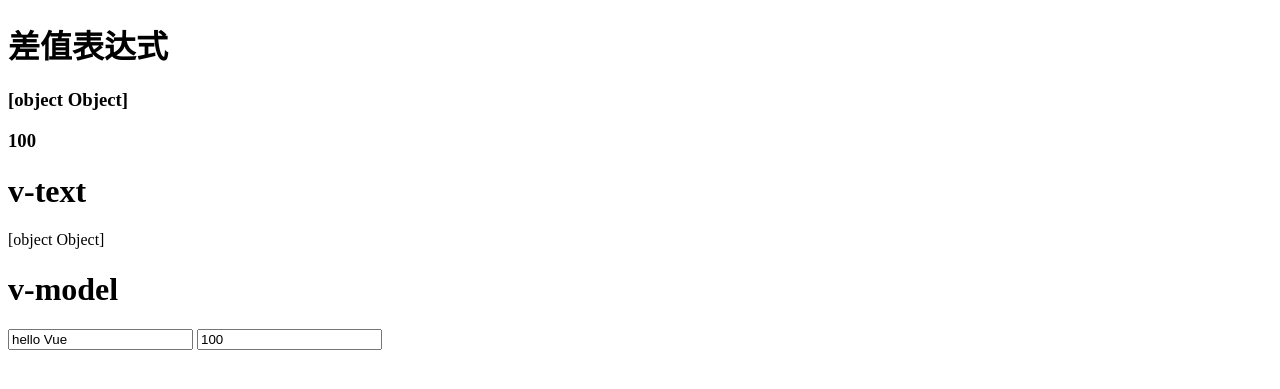
Repository: minfat/vue-reactive
Page: vue/index.html
These files come from the project's save history. The page is drawn as it stood at one moment and after the next save; the edit follows.
The browser window is 1280 px wide. The pictures show the whole page.

Above is the page before, as saved 2020-12-07 23:25:04.

### vue/index.html
<!DOCTYPE html>
<html lang="en">
<head>
    <meta charset="UTF-8">
    <meta name="viewport" content="width=device-width, initial-scale=1.0">
    <title>Document</title>
</head>
<body>
    <div id="app">
        <h1>差值表达式</h1>
        <h3>{{msg}}</h3>
        <h3>{{count}}</h3>
        <h1>v-text</h1>
        <div v-text="msg"></div>
        <h1>v-model</h1>
        <input type="text" v-model="msg">
        <input type="text" v-model="count">
    </div>
</body>
</html>
<script src="./js/dep.js"></script>
<script src="./js/watcher.js"></script>
<script src="./js/compiler.js"></script>
<script src="./js/observer.js"></script>
<script src="./js/vue.js"></script>
<script>
    let vm = new Vue({
        el:'#app',
        data:{
            msg:'hello Vue',
            count:100,
            preson:{
                name:'ydd'
            }
        }
    })
    console.log(vm.msg)
    vm.msg={
        test:'hello'
    }
</script>

### vue/js/dep.js
class Dep{
    constructor() {
        //存储所有的观察者
        this.subs= []
        console.log(this.subs,'---this.subs---')
    }
    //添加观察者
    addSub(sub) {
        //所有观察者都有一个update方法
        if(sub && sub.update) {
            this.subs.push(sub)
        }
    }
    //发送通知
    notify() {
        this.subs.forEach(sub=>{
            sub.update()
        })
    }
}

### vue/js/watcher.js
class Watcher{
    constructor(vm,key,cb,oldValue) {
        this.vm = vm
        //data中的属性名
        this.key = key
        //回调函数负责更新视图
        this.cb = cb
        //把当前watcher对象记录到dep类的静态属性target
        Dep.target = this //this就是 watcher对象
        //触发get方法，在get方法中会调用addSub
        this.oldValue = vm[key]
        console.log(this.oldValue,'----this.oldValue---')
        Dep.target = null
    }
    //当数据发生变化的时候更新视图
    update() {
        console.log(this.vm,'------this.vm---------------')
        let newValue = this.vm[this.key]
        console.log(newValue,'----newValuessssssssss----')
        if(this.oldValue === newValue) {return}
        this.cb(newValue)
    }
}

### vue/js/compiler.js
class Compiler {
    constructor(vm) {
        this.el = vm.$el
        this.vm = vm
        this.compile(this.el)

    }
    //编译模板，处理文本节点和元素节点
    compile(el) {
        let childNodes = el.childNodes
        //Array.from将伪数组
        Array.from(childNodes).forEach(node=>{
            //处理文本节点
            if(this.isTextNode(node)) {
                this.compileText(node)
            }else if(this.isElementNode(node)) {
                //处理元素节点
                this.compileElement(node)
            }
            //判断node节点，是否有子节点,如果有子节点，要递归调用compile
            if(node.childNodes && node.childNodes.length) {
                this.compile(node)
            }
        })
    }
    //编译元素节点，处理指令
    compileElement(node) {
        //遍历所有的属性节点
        console.log(node)
        Array.from(node.attributes).forEach(attr=>{
            let attrName = attr.name
            console.log(this.isDirective(attrName))
            if(this.isDirective(attrName)) {
                //v-text ==>text
                attrName = attrName.substr(2)
                console.log(attrName,'-attrName-')
                let key = attr.value
                this.update(node,key,attrName)
            }
        })

    }
    update(node,key,attrName) {
        let updateFn = this[attrName+'Updater']
        updateFn && updateFn.call(this,node,this.vm[key],key)
    }
    //处理 v-text 指令
    textUpdater(node,value,key) {
        node.textContent = value
        //创建watcher对象 更新视图
        new Watcher(this.vm,key,(newValue)=>{
            node.textContent = newValue
        })
    }
    //处理 v-model
    modelUpdater(node,value,key) {
        console.log(node,value)
        node.value = value
        //创建watcher对象 更新视图
        // new Watcher(this.vm,key,(newValue)=>{
        //     console.log(newValue,'---newValue---')
        //     node.value = newValue
        // })
        //双向绑定
        // node.addEventListener('input',()=>{
        //     this.vm[key] = node.value
        // })
    }
    //编译文本节点，处理差值表达式
    compileText(node) {
        let reg = /\{\{(.+?)\}\}/
        let value = node.textContent
        if(reg.test(value)) {
            let key = RegExp.$1.trim()
            node.textContent = value.replace(reg,this.vm[key])
            //创建watcher对象 更新视图
            new Watcher(this.vm,key,(newValue)=>{
                node.textContent = newValue
            })
        }
    }
    //判断元素属性是否是指令
    isDirective(attrName) {
        //判断字符串是否以v-开头
        return attrName.startsWith('v-')
    }
    //判断节点是否是文本节点
    isTextNode(node) {
        //nodeType === 1 元素节点 nodeType === 3 文本节点
        return node.nodeType === 3
    }
    //判断节点是否是元素节点
    isElementNode(node) {
        return node.nodeType === 1
    }
}

### vue/js/observer.js
class Observer{
    constructor(data) {
        this.walk(data)
    }
    //遍历data对象的所有属性
    walk(data) {
        //1.判断data是否是对象
        if(!data || typeof data !=='object') {
            return
        }
        //2.遍历data对象的所有属性
        Object.keys(data).forEach(key=>{
            this.defineReactive(data,key,data[key])
        })
    }
    //转换getter,setter
    defineReactive(obj,key,val) {
        let self = this
        //收集依赖，发送通知
        let dep = new Dep()
        //如果val是对象，把val内部的属性转换成响应式的。递归
        self.walk(val)
        Object.defineProperty(obj,key,{
            enumerable:true,//可枚举
            configurable:true,//可配置
            get() {
                //收集依赖  Dep.target其实就是观察者
                Dep.target && dep.addSub(Dep.target)
                return val //obj[key] 会发生死递归，这就是为什么要传递val而不是直接用obj[key]
            },
            set(newValue) {
                if(newValue === val) {retun}
                val = newValue
                self.walk(newValue)
                //发送通知
                dep.notify()
            }

        })
    }
}

### vue/js/vue.js
class Vue{
    constructor (options) {
        //1.通过属性保存选项的数据
        this.$options = options || {}
        this.$data = options.data || {}
        this.$el = typeof options.el === 'string' ? document.querySelector(options.el) : options.el
        //2.把data中的成员转换成getter和setter，注入到vue实例中
        this._proxyData(this.$data)
        //3.调用observer对象，监听数据的变化
        new Observer(this.$data)
        //4.调用compiler对象，解析指令和差值表达式
        console.log(this)
        new Compiler(this)
    }
    _proxyData(data) {
        //遍历data中的所有属性
        Object.keys(data).forEach(key=>{
            //把data的属性注入到vue实例中
            Object.defineProperty(this,key,{
                enumerable:true,
                configurable:true,
                get() {
                    return data[key]
                },
                set(newValue) {
                    if(newValue === data[key]) {
                        return
                    }
                    data[key] = newValue
                }
            })
        })
    }
}

After the next save:
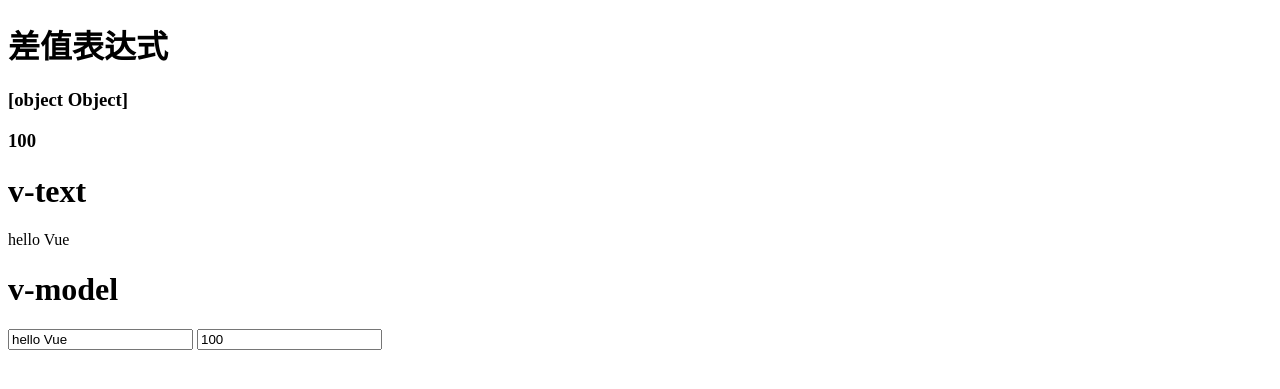
Saved 5 s later.
--- a/vue/js/compiler.js
+++ b/vue/js/compiler.js
@@ -48,9 +48,9 @@ class Compiler {
     textUpdater(node,value,key) {
         node.textContent = value
         //创建watcher对象 更新视图
-        new Watcher(this.vm,key,(newValue)=>{
-            node.textContent = newValue
-        })
+        // new Watcher(this.vm,key,(newValue)=>{
+        //     node.textContent = newValue
+        // })
     }
     //处理 v-model
     modelUpdater(node,value,key) {
